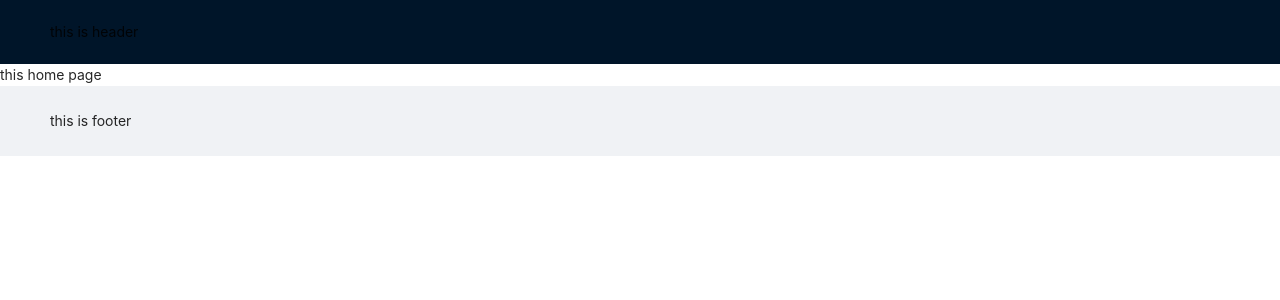
Repository: Zoe-XJ-Zhang/Goldilocks
Page: /
These files come from the project's save history. The page is drawn as it stood at one moment and after the next save; the edit follows.
The browser window is 1280 px wide. The pictures show the whole page.
The project was rebuilt for these pictures with package versions that can differ from the ones it lists, and the page was loaded fresh each time. Also part of the build but not shown: src/page/roadmapPage/roadmapPage.js.

Above is the page before, as saved 2022-08-30 10:41:43.

### public/index.html
<!DOCTYPE html>
<html lang="en">
  <head>
    <meta charset="utf-8" />
    <link rel="icon" href="./logo.jpg" />
    <meta name="viewport" content="width=device-width, initial-scale=1" />
    <meta name="theme-color" content="#000000" />
    <meta
      name="description"
      content="Web site created using create-react-app"
    />
    <title>Goldilocks</title>
  </head>
  <body>
    <noscript>You need to enable JavaScript to run this app.</noscript>
    <div id="root"></div>
  </body>
</html>

### src/App.js
import './App.css';
import { Layout } from 'antd'
import { Route, Routes } from 'react-router-dom';
import HomePage from './page/homePage/homePage';
import RoadmapPage from './page/roadmapPage/roadmapPage';

const { Header, Footer, Content } = Layout;

function App() {
  return (
    <div className="App">
      <Header>this is header</Header>
      <Content>
        <Routes>
          <Route path='/*' element={<HomePage />}></Route>
          <Route path='/home' element={<HomePage />}></Route>
          <Route path='/roadmap' element={<RoadmapPage />}></Route>
        </Routes>
      </Content>
      <Footer>this is footer</Footer>
    </div>
  );
}

export default App;

### src/page/homePage/homePage.js
import React from 'react';

const HomePage = () => {
    return (<div>this home page</div>);

};

export default HomePage;

Loaded but not shown: src/index.js (common file); src/index.css (common file); src/reportWebVitals.js (common file); src/App.css (common file)

After the next save:
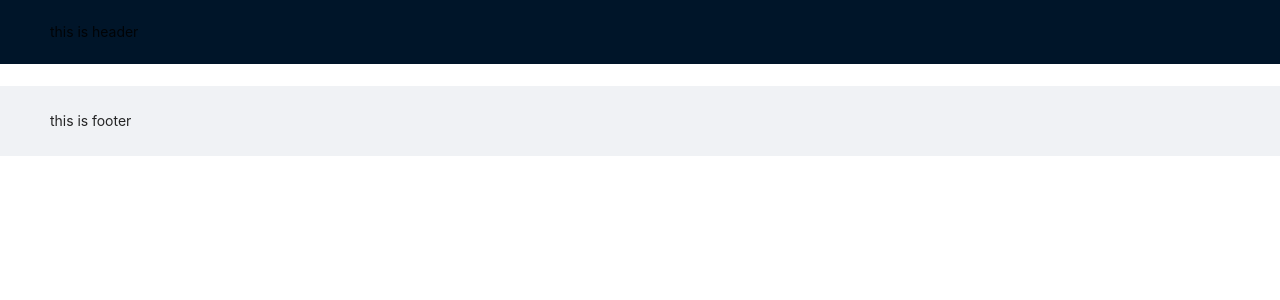
Saved 4 h 1 min later.
--- a/src/page/homePage/homePage.js
+++ b/src/page/homePage/homePage.js
@@ -1,7 +1,9 @@
 import React from 'react';
 
 const HomePage = () => {
-    return (<div>this home page</div>);
+    return (<div>
+        <img src="" alt="" />
+    </div>);
 
 };
 
